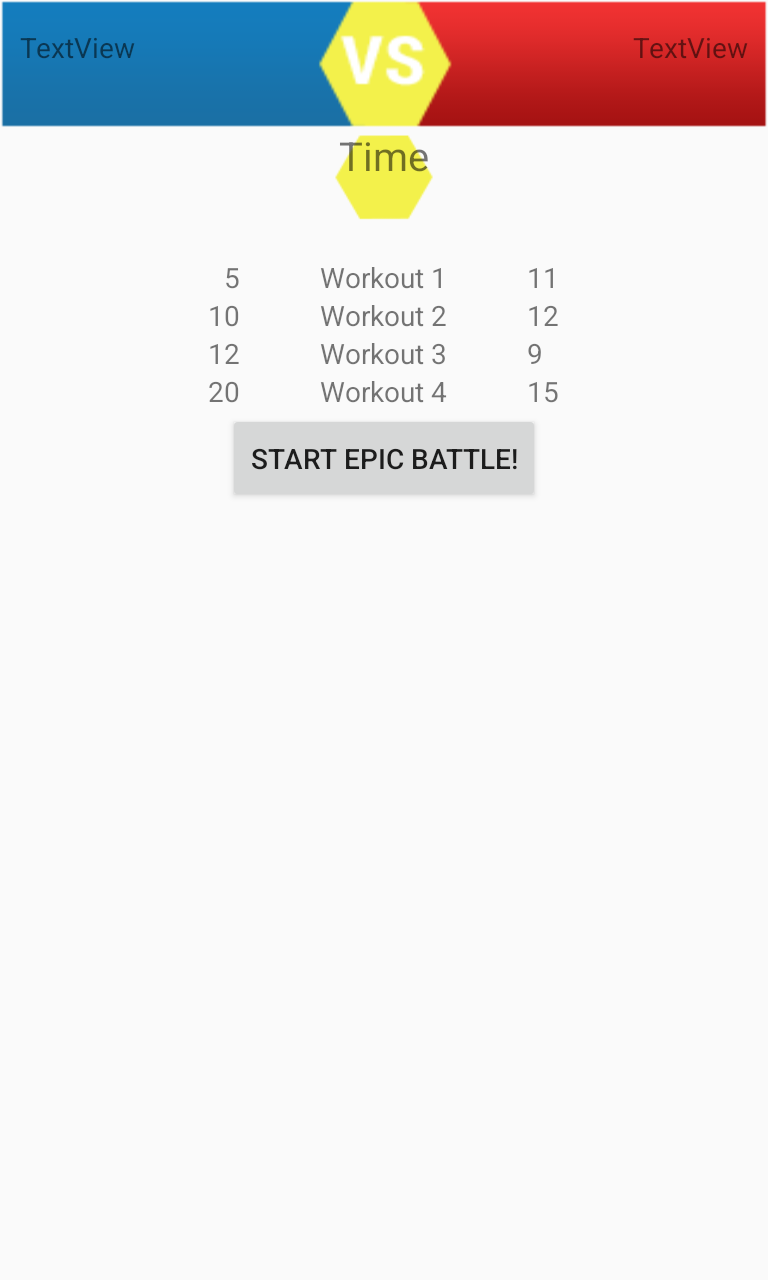
Repository: hackathon-2014/devdroid-repo
Layout: HealthyCompetition/res/layout/battlefield_layout.xml
An editor plug-in stored every save of this project. The layout is shown before and after the next save, followed by the edit.
It is drawn on a 768 x 1280 px phone screen (xhdpi) without system bars, with theme AppTheme; the app's code is not run.

Above is the layout before, as saved 2014-08-23 20:03:10.

After the next save:
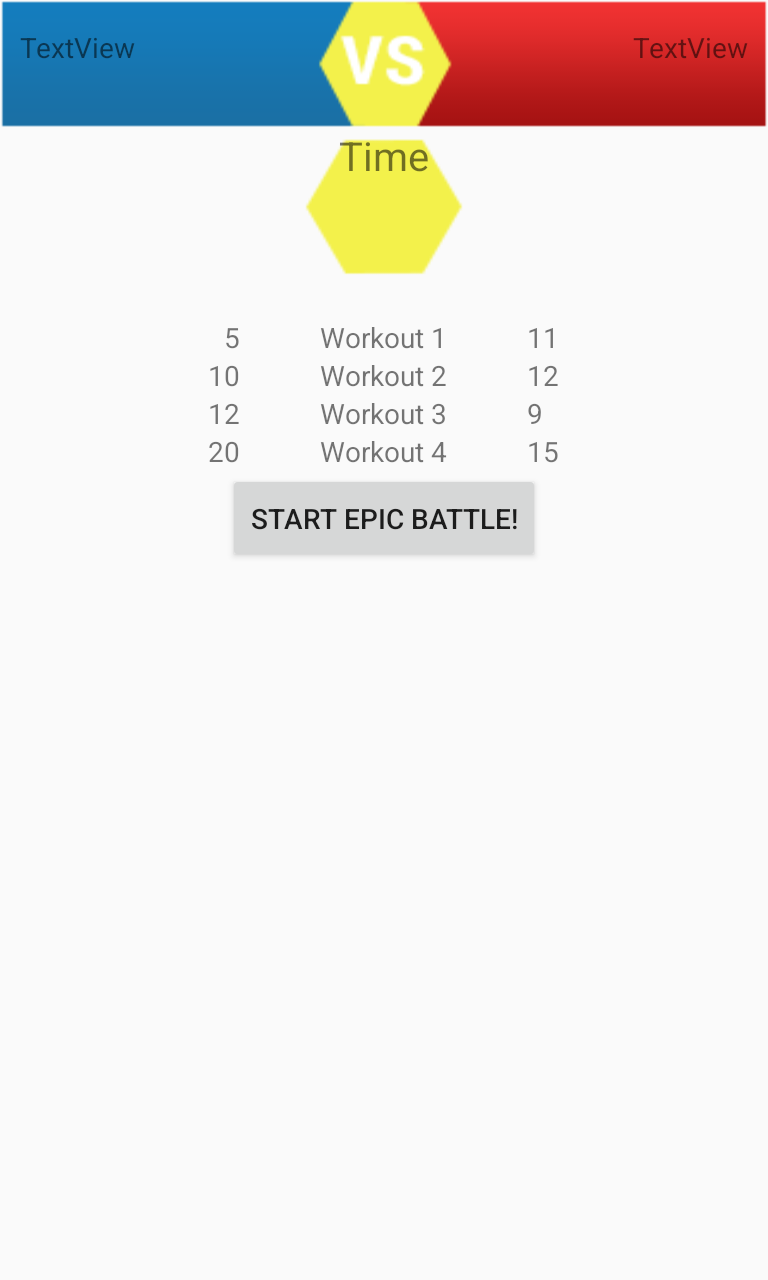
Saved 17 s later.
--- a/HealthyCompetition/res/layout/battlefield_layout.xml
+++ b/HealthyCompetition/res/layout/battlefield_layout.xml
@@ -16,8 +16,8 @@
             android:background="@drawable/versus_banner_9" />
         <ImageView
             android:id="@+id/timer_image"
-            android:layout_width="50dp"
-            android:layout_height="50dp"
+            android:layout_width="80dp"
+            android:layout_height="80dp"
             android:layout_below="@+id/versus_image"
             android:layout_centerHorizontal="true"
             android:background="@drawable/clockBG_9" />
